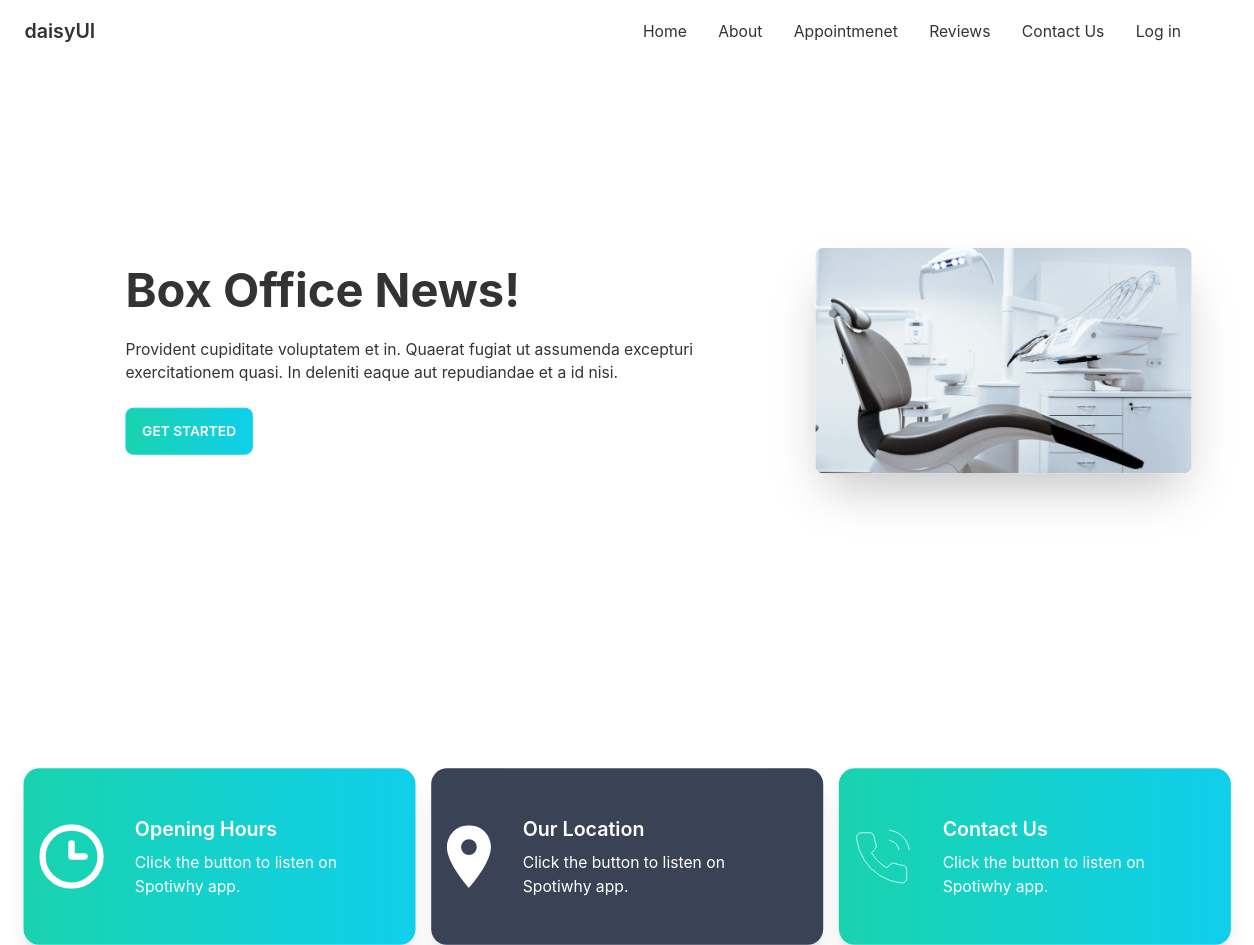
Repository: Tanvir3744/Doctors-client-website
Page: /
An editor plug-in stored every save of this project. The page is shown before and after the next save, followed by the edit.
The browser window is 1280 px wide. The pictures show the whole page, at 98% of full size.
The project was rebuilt for these pictures with package versions that can differ from the ones it lists, and the page was loaded fresh each time. Also part of the build but not shown: src/Pages/About/About.js, src/Pages/Login/Login.js, src/Pages/NotFound/NotFound.js.

Above is the page before, as saved 2022-05-25 17:54:36.

After the next save:
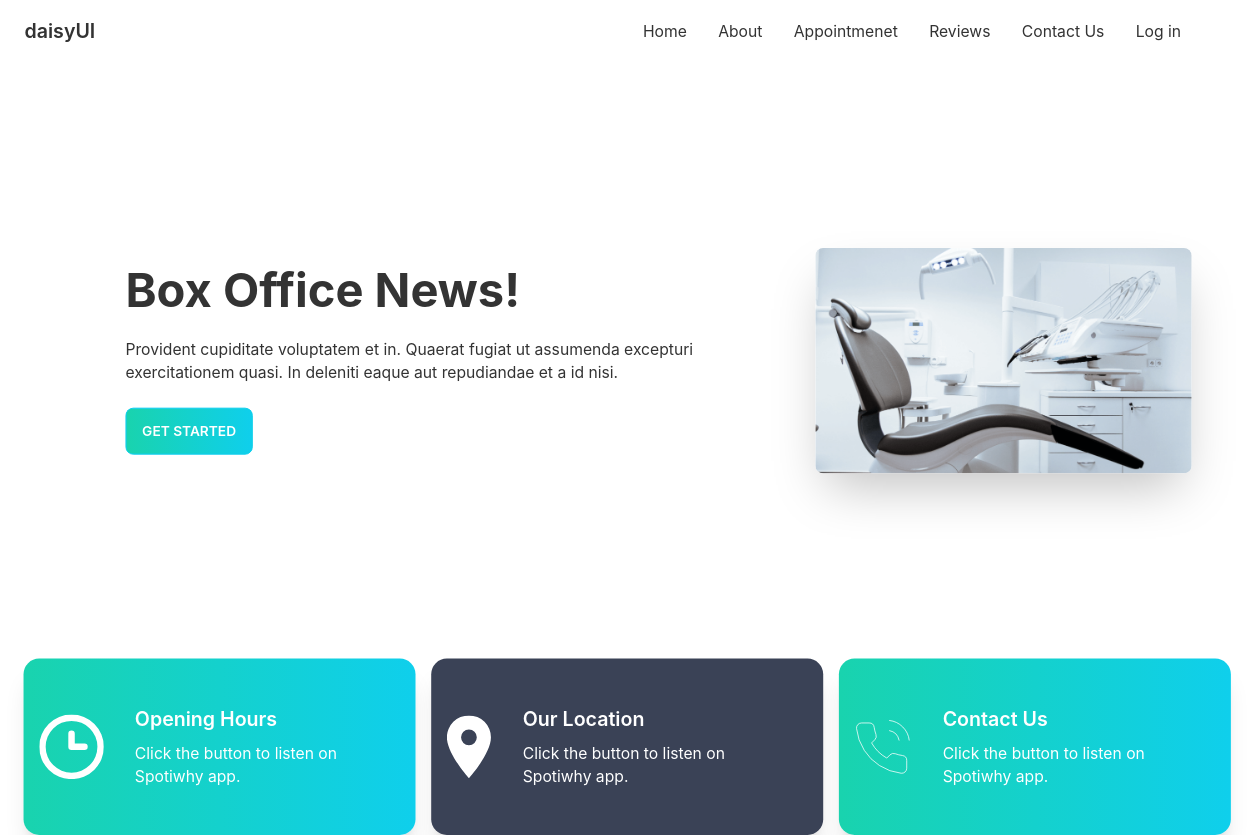
Saved 6 s later.
--- a/src/components/InfoCards.js
+++ b/src/components/InfoCards.js
@@ -6,7 +6,7 @@ import Phone from './../assets/icons/phone.svg'
 const InfoCards = () => {
 
     return (
-        <div className='grid px-6 grid-cols-1 lg:grid-cols-3 gap-4 -mt-18'>
+        <div className='grid px-6 grid-cols-1 lg:grid-cols-3 gap-4 -mt-28'>
             <ChildInfoCards bgClass='bg-gradient-to-r from-secondary to-primary' cardTitle='Opening Hours' img={Clock} />
             <ChildInfoCards bgClass='bg-warning' cardTitle='Our Location' img={Marker} />
             <ChildInfoCards bgClass='bg-gradient-to-r from-secondary to-primary' cardTitle='Contact Us' img={Phone} />
